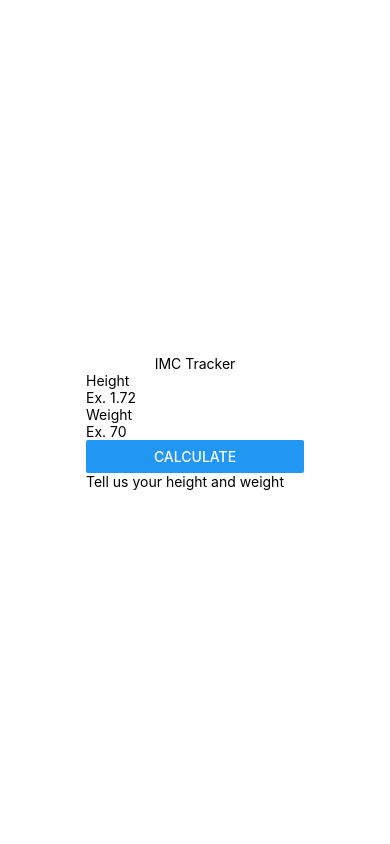
Repository: rubenmatias08/IMCTracker
Screen: /
These files come from the project's save history. The screen is drawn as it stood at one moment and after the next save; the edit follows.
The app was drawn by React Native's web renderer in a window 390 px wide. The project was rebuilt for these pictures with package versions that can differ from the ones it lists, and the page was loaded fresh each time.

Above is the screen before, as saved 2024-03-10 16:09:12.

### App.js
import { StyleSheet, View } from 'react-native';
import Title from './src/components/Title';
import Form from './src/components/Form/index'

export default function App() {
  return (
    <View style={styles.container}>
      <Title/>
      <Form />
    </View>
  );
}

const styles = StyleSheet.create({
  container: {
    flex: 1,
    backgroundColor: 'white',
    alignItems: 'center',
    justifyContent: 'center',
  },
});

### src/components/Title/index.js
import React from "react";
import { View,Text } from "react-native"; //Componentes

export default function Title(){
    return(
        <View>
            <Text>IMC Tracker</Text>
        </View>
    )
}

### src/components/Form/index.js
import React , {useState} from "react";
import { TextInput, View, Text, Button } from "react-native";
import ResultIMC from "./ResultIMC";


export default function Form(){

    const [height, setHeight] = useState(null); // Altura
    const [weight, setWeight] = useState(null); // Peso
    const [messageIMC, setmessageIMC] = useState("Tell us your height and weight"); // Mensagem que contem o resultado
    const [imc,setIMC] = useState(null); // valor do IMC
    const [textButton, setTextButton] = useState("Calculate"); //

    //Calcular o imc é altura x altura a dividir por peso
    //E vamos querer que nos retorne o resultado (toFixed) que é para vir com 2 casas decimais apenas.
    function CalculatorIMC(){
        return setIMC((weight / (height * height)).toFixed(2))
    }

    //Caso os valores tiverem sido preenchidos ele valida, caso contrário temos de avisar o usuário para preencher os dados de altura e peso.
    //Aqui com a condição é: Caso os valores de height e weight sejam diferentes de null, ou seja, estão preenchidos... Chama a função CalculatorIMC() que fará o calculo que depois nos dá o resultado.
    function ValidationIMC(){
        if(height != null && weight != null){
            CalculatorIMC() //Função do calculo
            setHeight(null) //Reset de height para que se faça depois um novo calculo
            setWeight(null) //Reset de weight para que se faça depois um novo calculo
            setmessageIMC("Your IMC is:") //Mensagem para apresentar o resultado
            setTextButton("Calculate again") //Botão com mensagem
            return //Depois de tudo isto... Retorna-nos.
        }
        setIMC(null) //caso o peso e altura sejam nulos, colocamos o imc como nulo também para que não haja resposta de possiveis calculos anteriores
        setTextButton("Calculate") //Para voltar a apresentar o texto original
        setmessageIMC("Tell us your height and weight") //Para voltar a apresentar o texto original

    }


    return(
        <View>
            <View>
                <Text>Height</Text>
                <TextInput
                onChangeText={setHeight}
                value={height}
                placeholder="Ex. 1.72"
                keyboardType="numeric"
                />

                <Text>Weight</Text>
                <TextInput
                onChangeText={setWeight}
                value={weight}
                placeholder="Ex. 70"
                keyboardType="numeric"
                />

                <Button
                onPress={() => ValidationIMC()}
                title={textButton}/>

            </View>
            <ResultIMC messageResultImc={messageIMC} resultImc={imc}/>
        </View>
    )
}

//O keyboardType indica qual o tipo de teclado que ele vai abrir
//No <ResultIMC> leva duas props com propriedades dinamicas.

### src/components/Form/ResultIMC/index.js
import React from "react";
import { View , Text } from "react-native";

export default function ResultIMC(props){
    return(
        <View>
            <Text>{props.messageResultImc}</Text>
            <Text>{props.resultImc}</Text>
        </View>
    )
}

//Neste componente vai ser mostrado o resultado do valor de IMC e uma mensagem com o valor desse IMC.

After the next save:
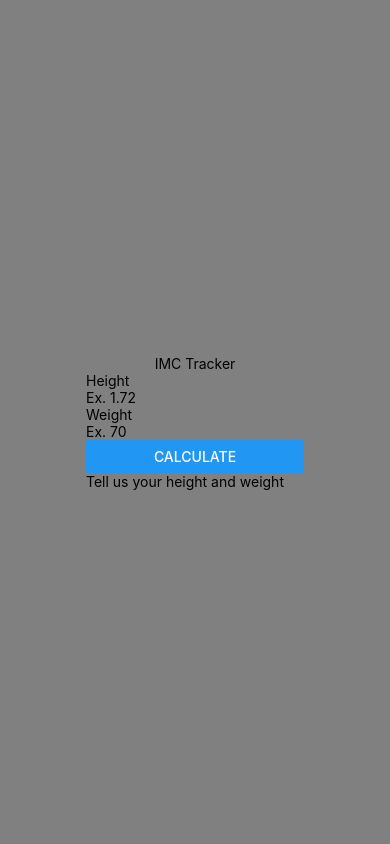
Saved 7 s later.
--- a/App.js
+++ b/App.js
@@ -14,7 +14,7 @@
 const styles = StyleSheet.create({
   container: {
     flex: 1,
-    backgroundColor: 'white',
+    backgroundColor: 'gray',
     alignItems: 'center',
     justifyContent: 'center',
   },

After the save that followed:
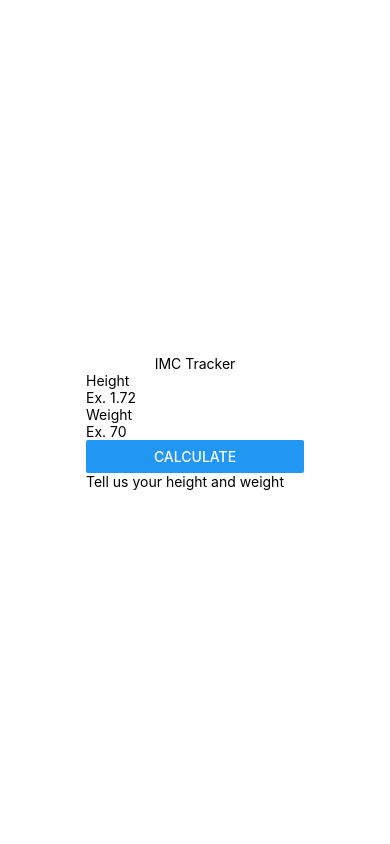
Saved 5 s later.
--- a/App.js
+++ b/App.js
@@ -14,7 +14,7 @@
 const styles = StyleSheet.create({
   container: {
     flex: 1,
-    backgroundColor: 'gray',
+    backgroundColor: 'Red',
     alignItems: 'center',
     justifyContent: 'center',
   },
